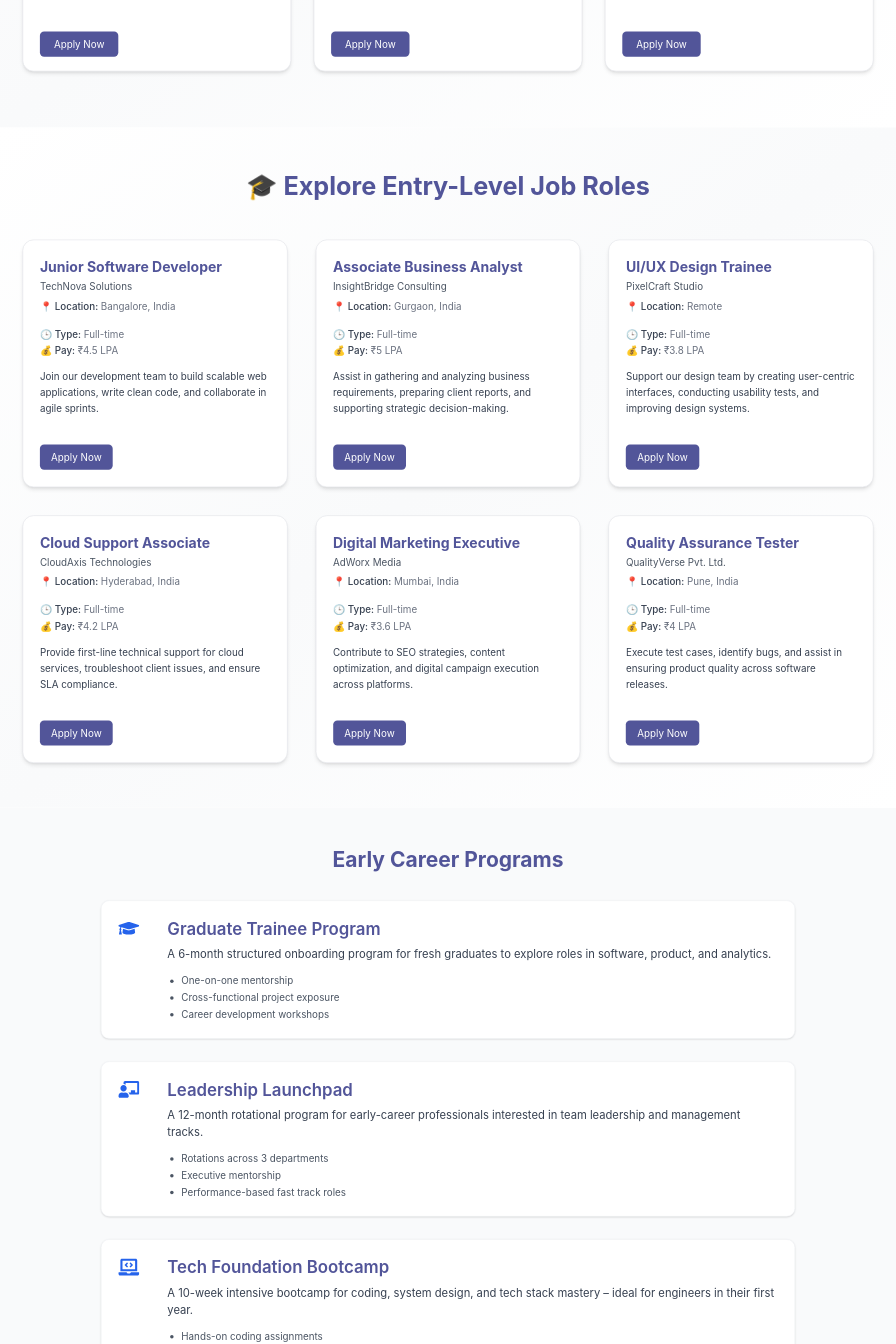
Repository: Siddharthkothiyal/GharPadhaaroCareerWebsite
Page: /#/students
The author's editor kept a copy of each file at every save. The page is drawn from the files as they stood at one save, then again after the next save.
The browser window is 1280 px wide. The pictures show the part of the page from y = 1003 to 2923 px (the page is 6505 px tall before and 6529 px after), at 70% of full size.
The project was rebuilt for these pictures with package versions that can differ from the ones it lists, and the page was loaded fresh each time. Also part of the build but not shown: src/components/CareerPortal/JobListing/JobListings.css, src/components/CareerPortal/JobListing/JobListings.js, src/components/CareerPortal/Header.css, src/components/CareerPortal/ResumeUpload.css, src/components/CareerPortal/ResumeUpload.js, src/components/CareerPortal/Header.js, src/components/CareerPortal/JobListing/JobSearch.css, src/components/CareerPortal/JobListing/JobSearch.js and 10 more.

Above is the page before, as saved 2025-06-22 07:55:15.

After the next save:
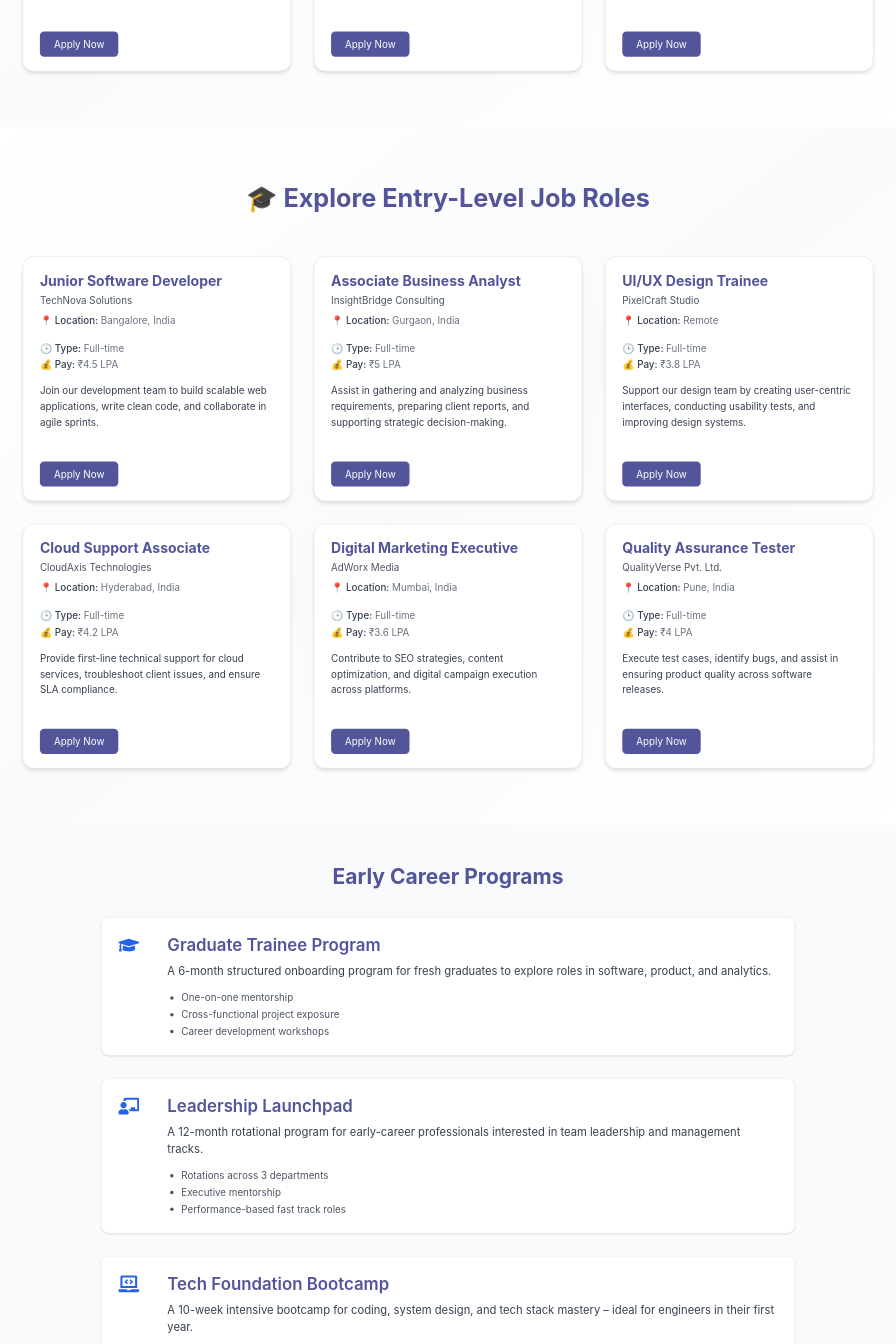
Saved 64 s later.
--- a/src/components/CareerPortal/StudentsPage/sections/FreshersJob.js
+++ b/src/components/CareerPortal/StudentsPage/sections/FreshersJob.js
@@ -65,37 +65,50 @@ const freshersJobs = [
 
 const FreshersJob = () => {
   return (
-    <section id="fresher-jobs" className="py-16 bg-gradient-to-br from-white via-gray-50 to-white">
-      <div className="max-w-7xl mx-auto px-4 sm:px-6 lg:px-8">
-        <h2 className="text-4xl font-bold text-center text-[#525599] mb-14">
-          🎓 Explore Entry-Level Job Roles
-        </h2>
+    <section
+  id="fresher-jobs"
+  className="py-20 px-4 sm:px-6 lg:px-8 bg-gradient-to-br from-white via-gray-50 to-white"
+>
+  <div className="max-w-7xl mx-auto">
+    <h2 className="text-4xl font-bold text-center text-[#525599] mb-16">
+      🎓 Explore Entry-Level Job Roles
+    </h2>
 
-        <div className="grid gap-10 sm:grid-cols-2 lg:grid-cols-3">
-          {freshersJobs.map((job) => (
-            <div
-              key={job.id}
-              className="bg-white rounded-2xl border border-gray-200 shadow-md hover:shadow-lg transition-shadow p-6"
-            >
-              <h3 className="text-xl font-bold text-[#525599] mb-1">{job.title}</h3>
-              <p className="text-sm text-gray-600 mb-2">{job.company}</p>
+    <div className="grid gap-8 sm:grid-cols-2 lg:grid-cols-3">
+      {freshersJobs.map((job) => (
+        <div
+          key={job.id}
+          className="bg-white rounded-2xl border border-gray-200 shadow-md hover:shadow-lg transition-shadow px-6 py-5"
+        >
+          <h3 className="text-xl font-bold text-[#525599] mb-1">{job.title}</h3>
+          <p className="text-sm text-gray-600 mb-2">{job.company}</p>
 
-              <div className="text-sm text-gray-500 space-y-1 mb-4">
-                <p><span className="font-medium text-gray-700">📍 Location:</span> {job.location}</p>
-                <p><span className="font-medium text-gray-700">🕒 Type:</span> {job.type}</p>
-                <p><span className="font-medium text-gray-700">💰 Pay:</span> {job.pay}</p>
-              </div>
+          <div className="text-sm text-gray-500 space-y-1 mb-4">
+            <p>
+              <span className="font-medium text-gray-700">📍 Location:</span>{' '}
+              {job.location}
+            </p>
+            <p>
+              <span className="font-medium text-gray-700">🕒 Type:</span>{' '}
+              {job.type}
+            </p>
+            <p>
+              <span className="font-medium text-gray-700">💰 Pay:</span>{' '}
+              {job.pay}
+            </p>
+          </div>
 
-              <p className="text-gray-700 text-sm leading-relaxed">{job.description}</p>
+          <p className="text-gray-700 text-sm leading-relaxed">{job.description}</p>
 
-              <button className="mt-5 inline-block px-4 py-2 bg-[#525599] text-white text-sm rounded-md hover:bg-[#41447d] transition-colors">
-                Apply Now
-              </button>
-            </div>
-          ))}
+          <button className="mt-6 inline-block px-5 py-2 bg-[#525599] text-white text-sm rounded-md hover:bg-[#41447d] transition-colors">
+            Apply Now
+          </button>
         </div>
-      </div>
-    </section>
+      ))}
+    </div>
+  </div>
+</section>
+
   );
 };
 
